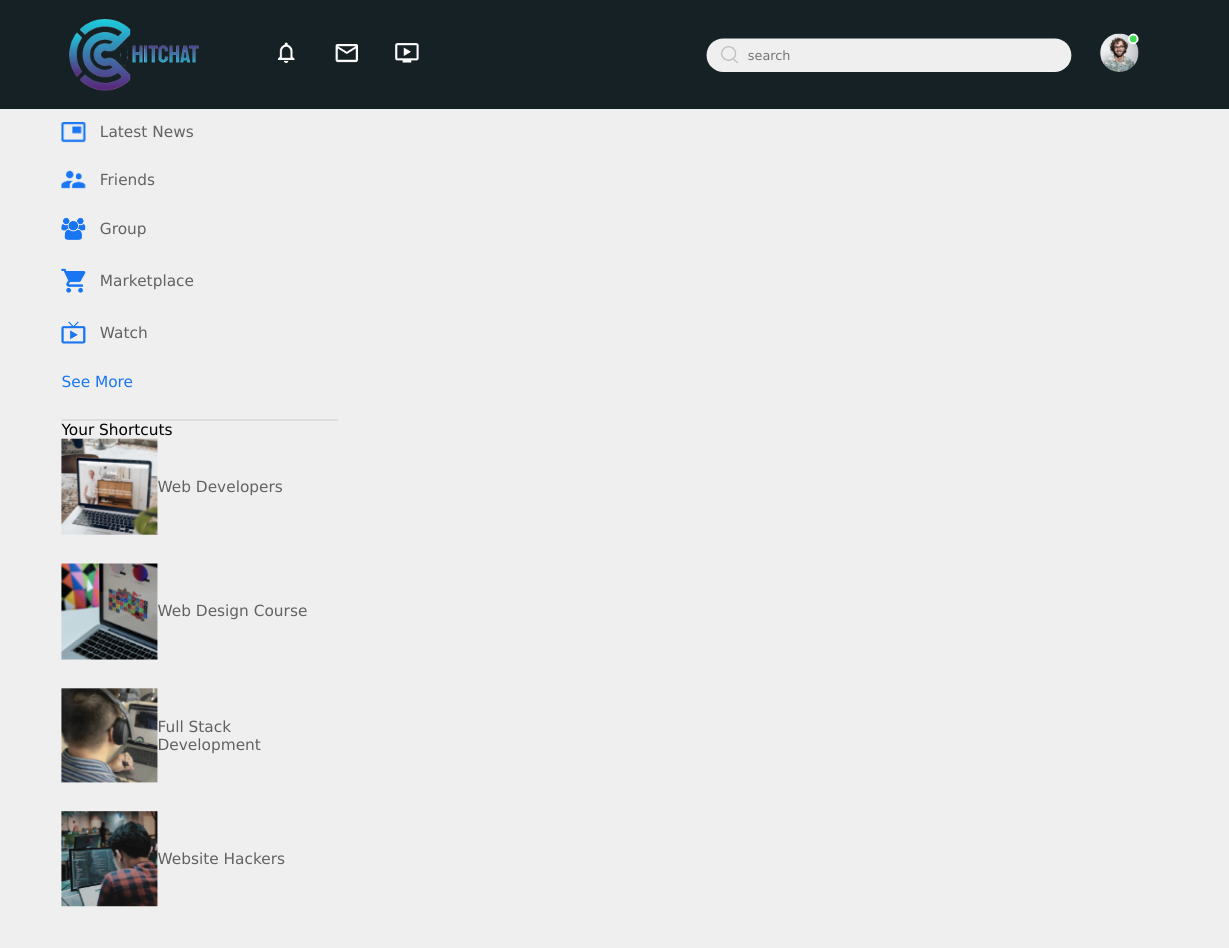
Repository: omarhasnain/ChitChat
Page: index.html
These files come from the project's save history. The page is drawn as it stood at one moment and after the next save; the edit follows.
The browser window is 1280 px wide. The pictures show the whole page, at 96% of full size.

Above is the page before, as saved 2021-07-11 16:33:20.

### index.html
<!DOCTYPE html>
<html lang="en">

<head>
    <meta charset="UTF-8">
    <meta http-equiv="X-UA-Compatible" content="IE=edge">
    <meta name="viewport" content="width=device-width, initial-scale=1.0">
    <title>ChitChat</title>
    <link rel="stylesheet" href="style.css">
</head>

<body>
    <nav>
        <div class="nav-left">
            <img src="images/logo4.png" alt="logo" class="logo">
            <ul>
                <li><img src="images/notification.png" alt="" class=""></li>
                <li><img src="images/inbox.png" alt="" class=""></li>
                <li><img src="images/video.png" alt="" class=""></li>
            </ul>
        </div>
        <div class="nav-right">
            <div class="search-box">
                <img src="images/search.png" alt="">
                <input type="text" placeholder="search">
            </div>
            <div class="nav-user-icon online">
                <img src="images/profile-pic.png" alt="">
            </div>
        </div>
    </nav>
    <div class="container">
        <!---- Left sidebar --->
        <div class="left-sidebar">
            <div class="important-links">
                <a href="#"><img src="images/news.png" alt="news">Latest News</a>
                <a href="#"><img src="images/friends.png">Friends</a>
                <a href="#"><img src="images/group.png">Group</a>
                <a href="#"><img src="images/marketplace.png">Marketplace</a>
                <a href="#"><img src="images/watch.png">Watch</a>
                <a href="#">See More</a>
            </div>
            <div class="shortcut-links">
                <p>Your Shortcuts</p>
                <a href="#"><img src="images/shortcut-1.png" alt="">Web Developers</a>
                <a href="#"><img src="images/shortcut-2.png" alt="">Web Design Course</a>
                <a href="#"><img src="images/shortcut-3.png" alt="">Full Stack Development</a>
                <a href="#"><img src="images/shortcut-4.png" alt="">Website Hackers</a>
            </div>
        </div>
        <!---- Main Content --->
        <div class="main-content"></div>
        <!---- Right sidebar --->
        <div class="right-sidebar"></div>
    </div>
</body>

</html>

### style.css
* {
    margin: 0;
    padding: 0;
    font-family: Verdana;
}

body {
    background-color: #efefef;
}

nav {
    display: flex;
    align-items: center;
    justify-content: space-between;
    background: rgb(21, 33, 37);
    padding: 5px 5%;
    position: sticky;
    top: 0;
    z-index: 100;
}

.logo {
    width: 160px;
    margin-right: 45px;
}

.nav-left,
.nav-right {
    display: flex;
    align-items: center;
}

.nav-left ul li {
    list-style: none;
    display: inline-block;
}

.nav-left ul li img {
    width: 28px;
    margin: 0 15px;
    cursor: pointer;
}

.nav-user-icon img {
    width: 40px;
    border-radius: 50%;
    cursor: pointer;
}

.nav-user-icon {
    margin: 30px;
}

.search-box {
    background: #efefef;
    width: 350px;
    border-radius: 20px;
    display: flex;
    align-items: center;
    padding: 0 15px;
}

.search-box img {
    width: 18px;
    cursor: pointer;
}

.search-box input {
    background: transparent;
    width: 100%;
    border: 0;
    display: flex;
    align-items: center;
    padding: 10px;
    outline: none;
}

.online {
    position: relative;
}

.online::after {
    content: '';
    width: 7px;
    height: 7px;
    border: 2px solid #fff;
    border-radius: 50%;
    background: #41db51;
    position: absolute;
    top: 0;
    right: 0;
}

.container {
    display: flex;
    justify-content: space-between;
    padding: 13px 5%;
}

.left-sidebar {
    flex-basis: 25%;
    position: sticky;
    top: 70px;
    align-self: flex-start;
}

.right-sidebar {
    flex-basis: 25%;
    position: sticky;
    top: 70px;
    align-self: flex-start;
}

.main-content {
    flex-basis: 47%;
}

.important-links a,
.shortcut-links a {
    text-decoration: none;
    display: flex;
    align-items: center;
    margin-bottom: 30px;
    color: #626262;
    width: fit-content;
}

.important-links a img {
    width: 25px;
    margin-right: 15px;
}

.important-links a:last-child {
    color: #1876f2;
}

.important-links {
    border-bottom: 1px solid #ccc;
}

After the next save:
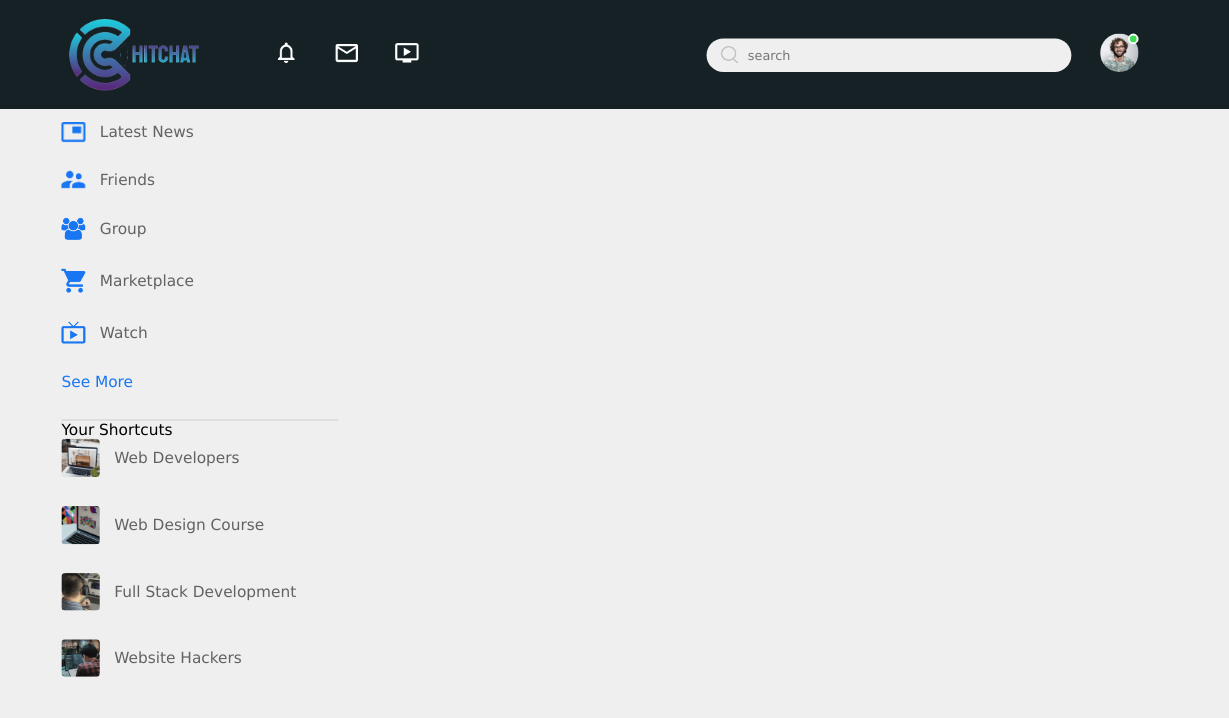
Saved 44 s later.
--- a/style.css
+++ b/style.css
@@ -137,3 +137,9 @@
 .important-links {
     border-bottom: 1px solid #ccc;
 }
+
+.shortcut-links a img {
+    width: 40px;
+    border-radius: 4px;
+    margin-right: 15px;
+}
